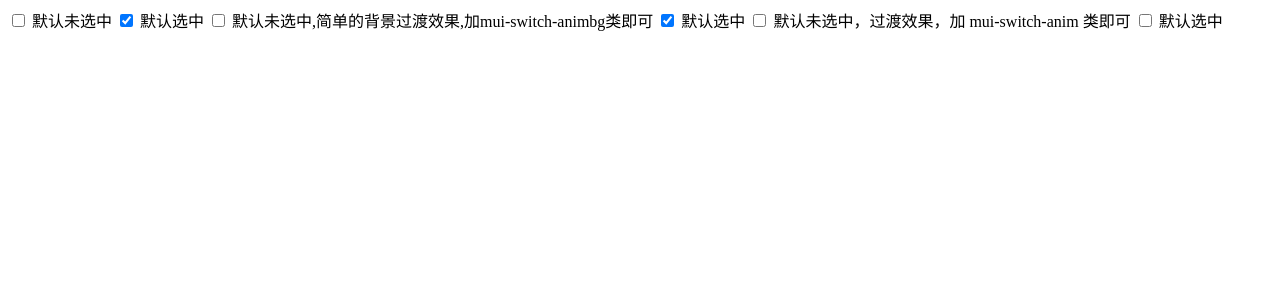
Repository: Germtao/Web
Page: web_css/css_others.html
The author's editor kept a copy of each file at every save. The page is drawn from the files as they stood at one save, then again after the next save.
The browser window is 1280 px wide. The pictures show the whole page.

Above is the page before, as saved 2020-11-05 15:20:03.

After the next save:
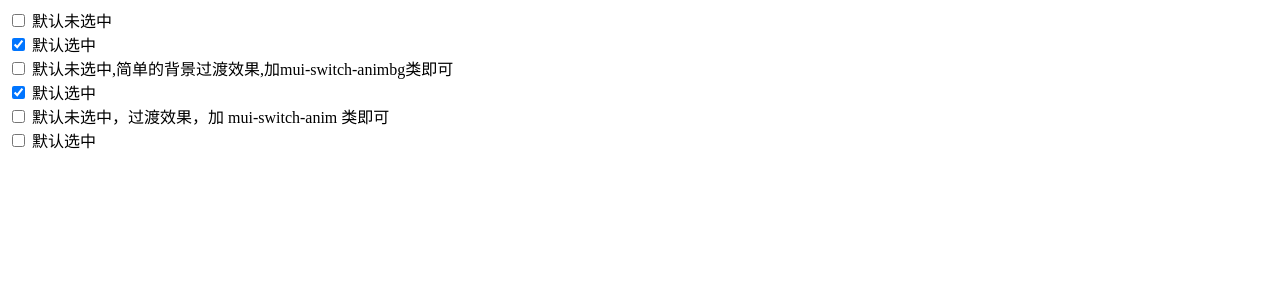
Saved 27 s later.
--- a/web_css/css_others.html
+++ b/web_css/css_others.html
@@ -6,7 +6,12 @@
   <meta name="viewport" content="width=device-width, initial-scale=1.0">
   <title>Others</title>
 
-
+  <style>
+    label {
+      display: block;
+      vertical-align: middle;
+    }
+  </style>
 </head>
 
 <body>
